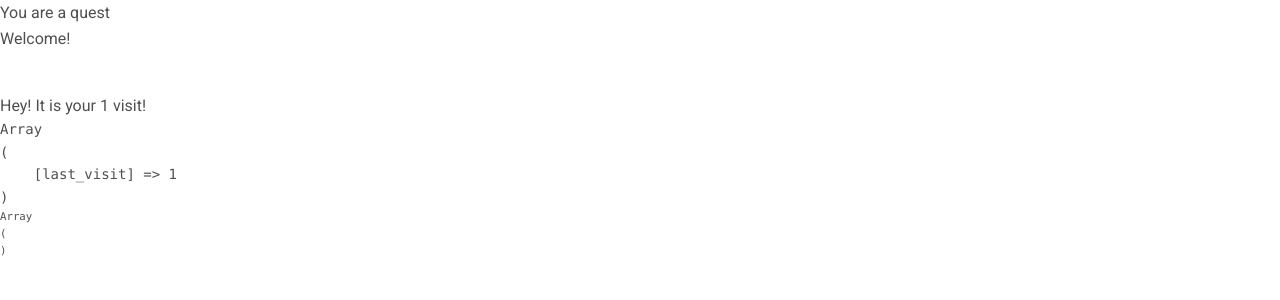
Repository: mahoone/revising_php
Page: http://localhost/
An editor plug-in stored every save of this project. The page is shown before and after the next save, followed by the edit.
The browser window is 1280 px wide. The pictures show the whole page.
Some web libraries are served in a nearby version. The page is run by PHP 8.4 with error messages shown; the project is at /var/www/html/.

Above is the page before, as saved 2020-06-27 13:44:15.

After the next save:
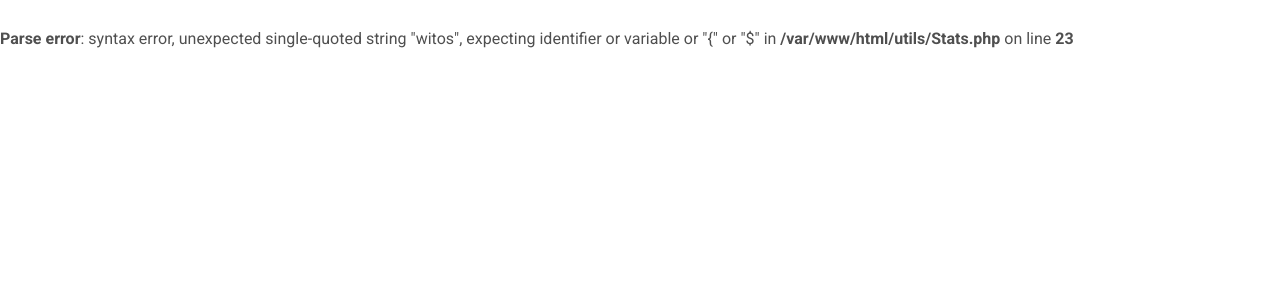
Saved 2 min 56 s later.
--- a/utils/Stats.php
+++ b/utils/Stats.php
@@ -19,6 +19,8 @@ class User {
         return $this->user_password;
     }
 }
+
+$users = array(1=>('kamil' -> 'witos'));
 
 // Log visitor data from current session
 class Visitor extends User {
